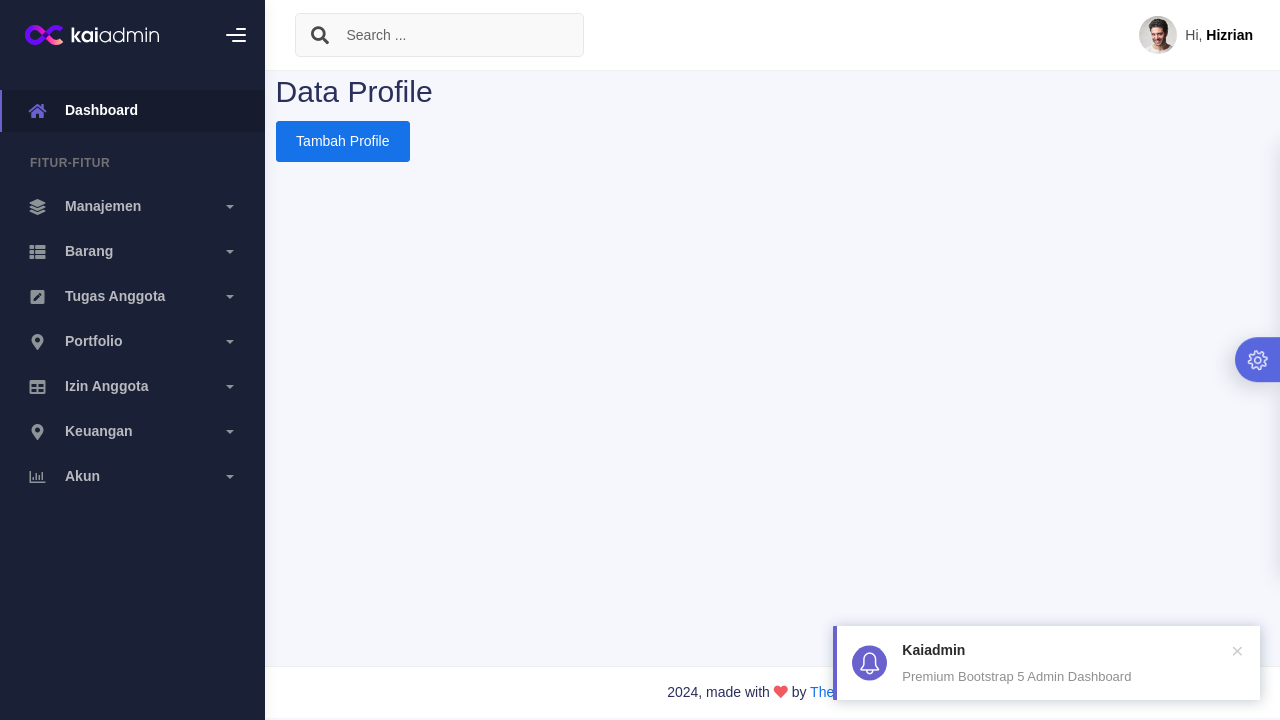
Repository: fatkquladhim/multimedia_laravel
Page: http://localhost/profile
An editor plug-in stored every save of this project. The page is shown before and after the next save, followed by the edit.
The browser window is 1280 px wide. The pictures show the whole page.
Some web fonts or font styles are not loaded; a fallback is used. The page is served by the project's Laravel application, run on PHP 8.4 with Laravel 12. A made-up administrator, Test User (test@example.com), is signed in. Other server files are loaded and not shown. Queries for data that is not in the repository find no rows.

Above is the page before, as saved 2025-08-17 09:35:17.
Console error: ReferenceError: jsVectorMap is not defined

### routes/web.php
<?php

use Illuminate\Support\Facades\Route;
use Illuminate\Support\Facades\Auth;

Route::get('/', function () {
    return view('welcome');
});

// Authentication Routes
Route::get('login', [App\Http\Controllers\AuthController::class, 'showLoginForm'])->name('login');
Route::post('login', [App\Http\Controllers\AuthController::class, 'login']);
Route::get('register', [App\Http\Controllers\AuthController::class, 'showRegisterForm'])->name('register');
Route::post('register', [App\Http\Controllers\AuthController::class, 'register']);
Route::post('logout', [App\Http\Controllers\AuthController::class, 'logout'])->name('logout');

Route::middleware(['auth'])->group(function () {
    Route::get('/dashboard', function () {
        $user = Auth::user();
        if ($user && $user->role === 'admin') {
            return redirect()->route('dashboard.admin');
        } else {
            return redirect()->route('dashboard.user');
        }
    })->name('dashboard');

    Route::get('/dashboard/admin', function () {
        return view('dashboard.admin');
    })->name('dashboard.admin');

    Route::get('/dashboard/user', function () {
        return view('dashboard.user');
    })->name('dashboard.user');

    Route::resource('alat', App\Http\Controllers\AlatController::class);
    Route::resource('anggota', App\Http\Controllers\AnggotaController::class);
    Route::resource('izin-malam', App\Http\Controllers\IzinMalamController::class);
    Route::resource('izin-nugas', App\Http\Controllers\IzinNugasController::class);
    Route::resource('keuangan', App\Http\Controllers\KeuanganController::class);
    Route::resource('legalisasi-laptop', App\Http\Controllers\LegalisasiLaptopController::class);
    Route::resource('peminjaman-barang', App\Http\Controllers\PeminjamanBarangController::class);
    Route::resource('penyewaan-barang', App\Http\Controllers\PenyewaanBarangController::class);
    Route::resource('profile', App\Http\Controllers\ProfileController::class);
    Route::resource('portfolio', App\Http\Controllers\PortfolioController::class);
    Route::resource('tugas', App\Http\Controllers\TugasController::class);
    Route::resource('tugas-jawaban', App\Http\Controllers\TugasJawabanController::class);
    Route::resource('users', App\Http\Controllers\UserController::class)->middleware('admin');
});

### app/Models/User.php
<?php

namespace App\Models;

// use Illuminate\Contracts\Auth\MustVerifyEmail;
use Illuminate\Database\Eloquent\Factories\HasFactory;
use Illuminate\Foundation\Auth\User as Authenticatable;
use Illuminate\Notifications\Notifiable;

class User extends Authenticatable
{
    /** @use HasFactory<\Database\Factories\UserFactory> */
    use HasFactory, Notifiable;

    /**
     * The attributes that are mass assignable.
     *
     * @var list<string>
     */
        protected $fillable = [
            'username', 'password', 'role', 'last_activity'
        ];

    /**
     * The attributes that should be hidden for serialization.
     *
     * @var list<string>
     */
        protected $hidden = [
            'password', 'remember_token',
        ];

    /**
     * Get the attributes that should be cast.
     *
     * @return array<string, string>
     */
    protected function casts(): array
    {
        return [
            'email_verified_at' => 'datetime',
            'password' => 'hashed',
        ];
    }
}

### app/Http/Controllers/ProfileController.php
<?php
namespace App\Http\Controllers;

use Illuminate\Http\Request;
use App\Models\Profile;

class ProfileController extends Controller
{
    public function index()
    {
        $profiles = Profile::all();
        return view('profile.index', compact('profiles'));
    }

    public function create()
    {
        return view('profile.create');
    }

    public function store(Request $request)
    {
        $request->validate([
            'id_anggota' => 'required',
        ]);
        Profile::create($request->all());
        return redirect()->route('profile.index')->with('success', 'Data profile berhasil ditambahkan.');
    }

    public function edit($id)
    {
        $profile = Profile::findOrFail($id);
        return view('profile.edit', compact('profile'));
    }

    public function update(Request $request, $id)
    {
        $profile = Profile::findOrFail($id);
        $profile->update($request->all());
        return redirect()->route('profile.index')->with('success', 'Data profile berhasil diupdate.');
    }

    public function destroy($id)
    {
        $profile = Profile::findOrFail($id);
        $profile->delete();
        return redirect()->route('profile.index')->with('success', 'Data profile berhasil dihapus.');
    }
}

### app/Models/Profile.php
<?php
namespace App\Models;

use Illuminate\Database\Eloquent\Factories\HasFactory;
use Illuminate\Database\Eloquent\Model;

class Profile extends Model
{
    use HasFactory;
    protected $table = 'profile';
    protected $fillable = [
        'id_user', 'nama_lengkap', 'email', 'kelas', 'kamar', 'foto'
    ];
}

### resources/views/profile/index.blade.php
@extends('layouts.master')
@section('content')
<div class="container">
    <h1>Data Profile</h1>
    <a href="{{ route('profile.create') }}" class="btn btn-primary mb-3">Tambah Profile</a>
    <table class="table table-bordered">

        <tbody>
            @foreach($profiles as $item)
            <tr>
                <td>{{ $item->id }}</td>
                <td>{{ $item->id_anggota }}</td>
                <td>{{ $item->foto }}</td>
                <td>{{ $item->bio }}</td>
                <td>{{ $item->alamat }}</td>
                <td>{{ $item->no_hp }}</td>
                <td>{{ $item->email }}</td>
                <td>{{ $item->tanggal_lahir }}</td>
                <td>
                    <a href="{{ route('profile.edit', $item->id) }}" class="btn btn-warning btn-sm">Edit</a>
                    <form action="{{ route('profile.destroy', $item->id) }}" method="POST" style="display:inline-block;">
                        @csrf
                        @method('DELETE')
                        <button type="submit" class="btn btn-danger btn-sm" onclick="return confirm('Yakin hapus?')">Hapus</button>
                    </form>
                </td>
            </tr>
            @endforeach
        </tbody>
    </table>
</div>
@endsection

### resources/views/layouts/master.blade.php
<!DOCTYPE html>
<html lang="en">
  <head>
    <meta http-equiv="X-UA-Compatible" content="IE=edge" />
    <title>Kaiadmin - Bootstrap 5 Admin Dashboard</title>
    <meta
      content="width=device-width, initial-scale=1.0, shrink-to-fit=no"
      name="viewport"
    />
    <!-- <link
      rel="icon"
      href="assets/img/kaiadmin/favicon.ico"
      type="image/x-icon"
    /> -->

    <!-- Fonts and icons -->
    <script src="{{ asset('js/plugin/webfont/webfont.min.js') }}"></script>
    <script>
      WebFont.load({
        google: { families: ["Public Sans:300,400,500,600,700"] },
        custom: {
          families: [
            "Font Awesome 5 Solid",
            "Font Awesome 5 Regular",
            "Font Awesome 5 Brands",
            "simple-line-icons",
          ],
          urls: ["{{ asset('css/fonts.min.css') }}"],
        },
        active: function () {
          sessionStorage.fonts = true;
        },
      });
    </script>

    <!-- CSS Files -->
    <link rel="stylesheet" href="{{ asset('css/bootstrap.min.css') }}" />
    <link rel="stylesheet" href="{{ asset('css/plugins.min.css') }}" />
    <link rel="stylesheet" href="{{ asset('css/kaiadmin.min.css') }}" />

    <!-- CSS Just for demo purpose, don't include it in your project -->
    <link rel="stylesheet" href="{{ asset('css/demo.css') }}" />
  </head>
  <body>
    <div class="wrapper">
      <!-- Sidebar -->
      @include('partials.sidebar')
      <!-- End Sidebar -->

      <div class="main-panel">
        <div class="main-header">
          <div class="main-header-logo">
            <!-- Logo Header -->
            <div class="logo-header" data-background-color="dark">
              <a href="index.html" class="logo">
                  <img
                    src="{{ asset('img/kaiadmin/logo_light.svg') }}"
                    alt="navbar brand"
                    class="navbar-brand"
                    height="20"
                  />
              </a>
              <div class="nav-toggle">
                <button class="btn btn-toggle toggle-sidebar">
                  <i class="gg-menu-right"></i>
                </button>
                <button class="btn btn-toggle sidenav-toggler">
                  <i class="gg-menu-left"></i>
                </button>
              </div>
              <button class="topbar-toggler more">
                <i class="gg-more-vertical-alt"></i>
              </button>
            </div>
            <!-- End Logo Header -->
          </div>
          <!-- Navbar Header -->
          @include('partials.header')
          <!-- End Navbar -->
        </div>

        <div class="container">
          @yield('content')
        </div>
        {{-- footer --}}
        @include('partials.footer')
      </div>

      <!-- Custom template | don't include it in your project! -->
      <div class="custom-template">
        @include('partials.custom')
      </div>
      <!-- End Custom template -->
    </div>
    <!--   Core JS Files   -->
    <script src="{{ asset('js/core/jquery-3.7.1.min.js') }}"></script>
    <script src="{{ asset('js/core/popper.min.js') }}"></script>
    <script src="{{ asset('js/core/bootstrap.min.js') }}"></script>

    <!-- jQuery Scrollbar -->
    <script src="{{ asset('js/plugin/jquery-scrollbar/jquery.scrollbar.min.js') }}"></script>

    <!-- Chart JS -->
    <script src="{{ asset('js/plugin/chart.js/chart.min.js') }}"></script>

    <!-- jQuery Sparkline -->
    <script src="{{ asset('js/plugin/jquery.sparkline/jquery.sparkline.min.js') }}"></script>

    <!-- Chart Circle -->
    <script src="{{ asset('js/plugin/chart-circle/circles.min.js') }}"></script>

    <!-- Datatables -->
    <script src="{{ asset('js/plugin/datatables/datatables.min.js') }}"></script>

    <!-- Bootstrap Notify -->
    <script src="{{ asset('js/plugin/bootstrap-notify/bootstrap-notify.min.js') }}"></script>

    <!-- Sweet Alert -->
    <script src="{{ asset('js/plugin/sweetalert/sweetalert.min.js') }}"></script>

    <!-- Kaiadmin JS -->
    <script src="{{ asset('js/kaiadmin.min.js') }}"></script>

    <!-- Kaiadmin DEMO methods, don't include it in your project! -->
    <script src="{{ asset('js/setting-demo.js') }}"></script>
    <script src="{{ asset('js/demo.js') }}"></script>
    <script>
      $("#lineChart").sparkline([102, 109, 120, 99, 110, 105, 115], {
        type: "line",
        height: "70",
        width: "100%",
        lineWidth: "2",
        lineColor: "#177dff",
        fillColor: "rgba(23, 125, 255, 0.14)",
      });

      $("#lineChart2").sparkline([99, 125, 122, 105, 110, 124, 115], {
        type: "line",
        height: "70",
        width: "100%",
        lineWidth: "2",
        lineColor: "#f3545d",
        fillColor: "rgba(243, 84, 93, .14)",
      });

      $("#lineChart3").sparkline([105, 103, 123, 100, 95, 105, 115], {
        type: "line",
        height: "70",
        width: "100%",
        lineWidth: "2",
        lineColor: "#ffa534",
        fillColor: "rgba(255, 165, 52, .14)",
      });
    </script>
  </body>
</html>

### resources/views/partials/footer.blade.php
<footer class="footer">
    <div class="container-fluid d-flex justify-content-center">
    <div class="copyright">
        2024, made with <i class="fa fa-heart heart text-danger"></i> by
        <a href="http://www.themekita.com">ThemeKita</a>
    </div>
    </div>
</footer>

### resources/views/partials/custom.blade.php
<div class="title">Settings</div>
        <div class="custom-content">
          <div class="switcher">
            <div class="switch-block">
              <h4>Logo Header</h4>
              <div class="btnSwitch">
                <button
                  type="button"
                  class="selected changeLogoHeaderColor"
                  data-color="dark"
                ></button>
                <button
                  type="button"
                  class="changeLogoHeaderColor"
                  data-color="blue"
                ></button>
                <button
                  type="button"
                  class="changeLogoHeaderColor"
                  data-color="purple"
                ></button>
                <button
                  type="button"
                  class="changeLogoHeaderColor"
                  data-color="light-blue"
                ></button>
                <button
                  type="button"
                  class="changeLogoHeaderColor"
                  data-color="green"
                ></button>
                <button
                  type="button"
                  class="changeLogoHeaderColor"
                  data-color="orange"
                ></button>
                <button
                  type="button"
                  class="changeLogoHeaderColor"
                  data-color="red"
                ></button>
                <button
                  type="button"
                  class="changeLogoHeaderColor"
                  data-color="white"
                ></button>
                <br />
                <button
                  type="button"
                  class="changeLogoHeaderColor"
                  data-color="dark2"
                ></button>
                <button
                  type="button"
                  class="changeLogoHeaderColor"
                  data-color="blue2"
                ></button>
                <button
                  type="button"
                  class="changeLogoHeaderColor"
                  data-color="purple2"
                ></button>
                <button
                  type="button"
                  class="changeLogoHeaderColor"
                  data-color="light-blue2"
                ></button>
                <button
                  type="button"
                  class="changeLogoHeaderColor"
                  data-color="green2"
                ></button>
                <button
                  type="button"
                  class="changeLogoHeaderColor"
                  data-color="orange2"
                ></button>
                <button
                  type="button"
                  class="changeLogoHeaderColor"
                  data-color="red2"
                ></button>
              </div>
            </div>
            <div class="switch-block">
              <h4>Navbar Header</h4>
              <div class="btnSwitch">
                <button
                  type="button"
                  class="changeTopBarColor"
                  data-color="dark"
                ></button>
                <button
                  type="button"
                  class="changeTopBarColor"
                  data-color="blue"
                ></button>
                <button
                  type="button"
                  class="changeTopBarColor"
                  data-color="purple"
                ></button>
                <button
                  type="button"
                  class="changeTopBarColor"
                  data-color="light-blue"
                ></button>
                <button
                  type="button"
                  class="changeTopBarColor"
                  data-color="green"
                ></button>
                <button
                  type="button"
                  class="changeTopBarColor"
                  data-color="orange"
                ></button>
                <button
                  type="button"
                  class="changeTopBarColor"
                  data-color="red"
                ></button>
                <button
                  type="button"
                  class="selected changeTopBarColor"
                  data-color="white"
                ></button>
                <br />
                <button
                  type="button"
                  class="changeTopBarColor"
                  data-color="dark2"
                ></button>
                <button
                  type="button"
                  class="changeTopBarColor"
                  data-color="blue2"
                ></button>
                <button
                  type="button"
                  class="changeTopBarColor"
                  data-color="purple2"
                ></button>
                <button
                  type="button"
                  class="changeTopBarColor"
                  data-color="light-blue2"
                ></button>
                <button
                  type="button"
                  class="changeTopBarColor"
                  data-color="green2"
                ></button>
                <button
                  type="button"
                  class="changeTopBarColor"
                  data-color="orange2"
                ></button>
                <button
                  type="button"
                  class="changeTopBarColor"
                  data-color="red2"
                ></button>
              </div>
            </div>
            <div class="switch-block">
              <h4>Sidebar</h4>
              <div class="btnSwitch">
                <button
                  type="button"
                  class="changeSideBarColor"
                  data-color="white"
                ></button>
                <button
                  type="button"
                  class="selected changeSideBarColor"
                  data-color="dark"
                ></button>
                <button
                  type="button"
                  class="changeSideBarColor"
                  data-color="dark2"
                ></button>
              </div>
            </div>
          </div>
        </div>
        <div class="custom-toggle">
          <i class="icon-settings"></i>
        </div>

Loaded but not shown: app/Http/Controllers/Controller.php (common file); public/js/plugin/webfont/webfont.min.js (library); public/css/bootstrap.min.css (library); public/css/plugins.min.css (library); public/css/kaiadmin.min.css (library); public/css/fonts.min.css (library); public/js/core/jquery-3.7.1.min.js (library); public/js/core/popper.min.js (library); public/js/core/bootstrap.min.js (library); public/js/plugin/jquery-scrollbar/jquery.scrollbar.min.js (library); public/js/plugin/chart.js/chart.min.js (library); public/js/plugin/jquery.sparkline/jquery.sparkline.min.js (library); public/js/plugin/chart-circle/circles.min.js (library); public/js/plugin/datatables/datatables.min.js (library); public/js/plugin/bootstrap-notify/bootstrap-notify.min.js (library); public/js/plugin/sweetalert/sweetalert.min.js (library); public/js/kaiadmin.min.js (library); public/img/kaiadmin/logo_light.svg (54 lines, source omitted); public/js/demo.js (429 lines, source omitted); public/js/setting-demo.js (105 lines, source omitted); public/css/demo.css (312 lines, source omitted); resources/views/partials/sidebar.blade.php (204 lines, source omitted); resources/views/partials/header.blade.php (194 lines, source omitted)

After the next save:
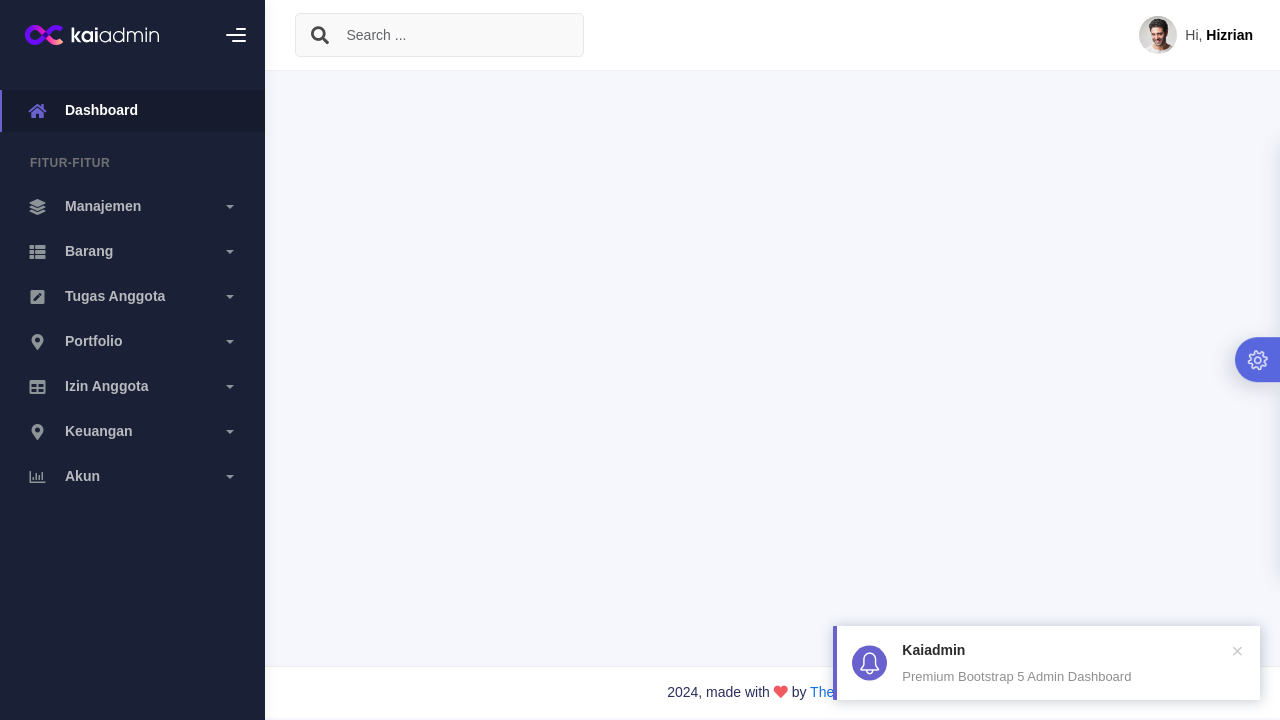
Saved 77 s later.
--- a/resources/views/profile/index.blade.php
+++ b/resources/views/profile/index.blade.php
@@ -1,32 +1,23 @@
 @extends('layouts.master')
 @section('content')
-<div class="container">
-    <h1>Data Profile</h1>
-    <a href="{{ route('profile.create') }}" class="btn btn-primary mb-3">Tambah Profile</a>
-    <table class="table table-bordered">
-
-        <tbody>
-            @foreach($profiles as $item)
-            <tr>
-                <td>{{ $item->id }}</td>
-                <td>{{ $item->id_anggota }}</td>
-                <td>{{ $item->foto }}</td>
-                <td>{{ $item->bio }}</td>
-                <td>{{ $item->alamat }}</td>
-                <td>{{ $item->no_hp }}</td>
-                <td>{{ $item->email }}</td>
-                <td>{{ $item->tanggal_lahir }}</td>
-                <td>
-                    <a href="{{ route('profile.edit', $item->id) }}" class="btn btn-warning btn-sm">Edit</a>
-                    <form action="{{ route('profile.destroy', $item->id) }}" method="POST" style="display:inline-block;">
-                        @csrf
-                        @method('DELETE')
-                        <button type="submit" class="btn btn-danger btn-sm" onclick="return confirm('Yakin hapus?')">Hapus</button>
-                    </form>
-                </td>
-            </tr>
-            @endforeach
-        </tbody>
-    </table>
+<div class="container py-5">
+    <div class="row justify-content-center">
+        @foreach($profiles as $item)
+        <div class="col-md-6 col-lg-5 mb-4">
+            <div class="card shadow-lg border-0 p-4 text-center" style="background: #fff; border-radius: 18px;">
+                <h2 class="fw-bold mb-3 mt-2">Detail Profil</h2>
+                <img src="{{ $item->foto ? asset('uploads/profiles/'.$item->foto) : 'https://ui-avatars.com/api/?name='.urlencode($item->nama_lengkap).'&background=0D8ABC&color=fff&size=128' }}" class="rounded-circle shadow mb-3" alt="Foto Profil" width="120" height="120">
+                <div class="text-start mx-auto" style="max-width:320px;">
+                    <p class="mb-2"><b>Username:</b> {{ $item->user->username ?? '-' }}</p>
+                    <p class="mb-2"><b>Nama Lengkap:</b> {{ $item->nama_lengkap }}</p>
+                    <p class="mb-2"><b>Email:</b> {{ $item->email }}</p>
+                    <p class="mb-2"><b>Kelas:</b> {{ $item->kelas }}</p>
+                    <p class="mb-4"><b>Kamar:</b> {{ $item->kamar }}</p>
+                </div>
+                <a href="{{ route('profile.edit', $item->id) }}" class="btn btn-primary px-4">Edit Profil</a>
+            </div>
+        </div>
+        @endforeach
+    </div>
 </div>
 @endsection
